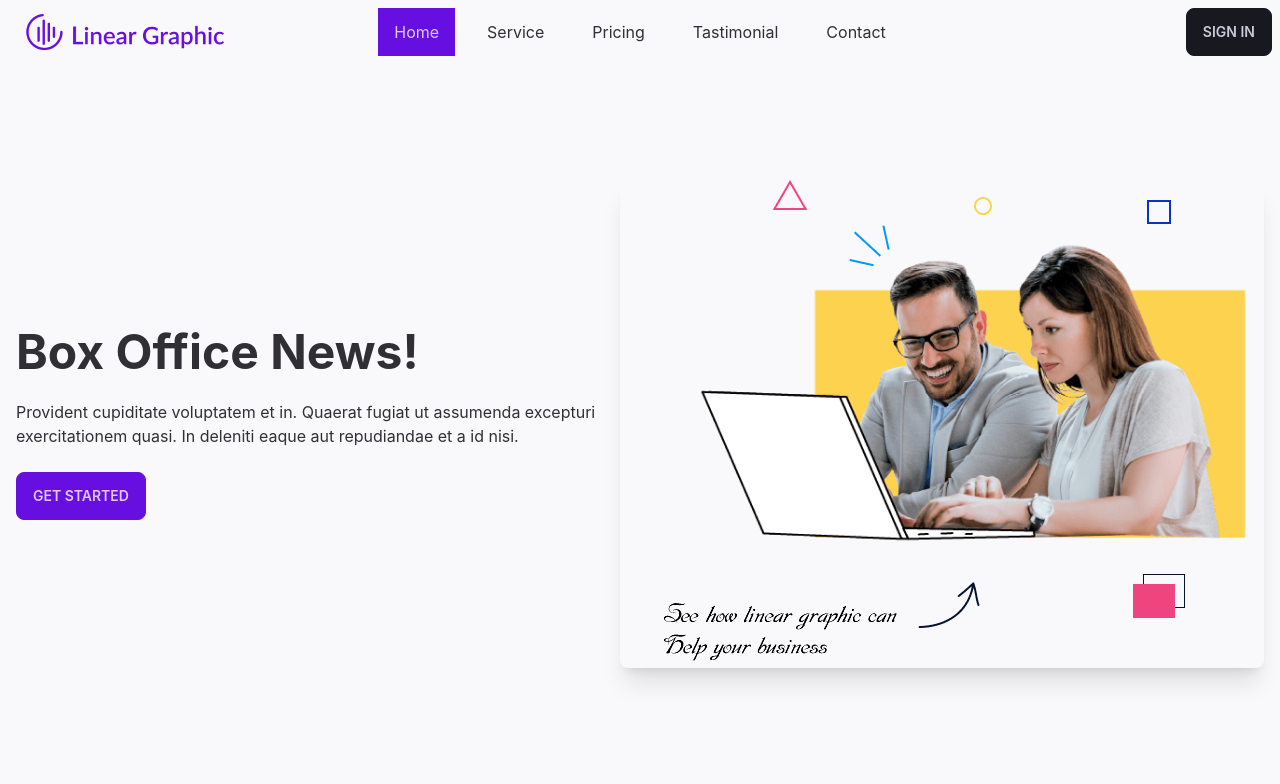
Repository: mdtamizuddin/Linear-Graphic
Page: /
The author's editor kept a copy of each file at every save. The page is drawn from the files as they stood at one save, then again after the next save.
The browser window is 1280 px wide. The pictures show the whole page.
The project was rebuilt for these pictures with package versions that can differ from the ones it lists, and the page was loaded fresh each time. Also part of the build but not shown: src/Components/User/Social.js, src/Components/User/Login.js, src/Components/User/Signup.js.

Above is the page before, as saved 2022-05-28 02:57:54.

After the next save:
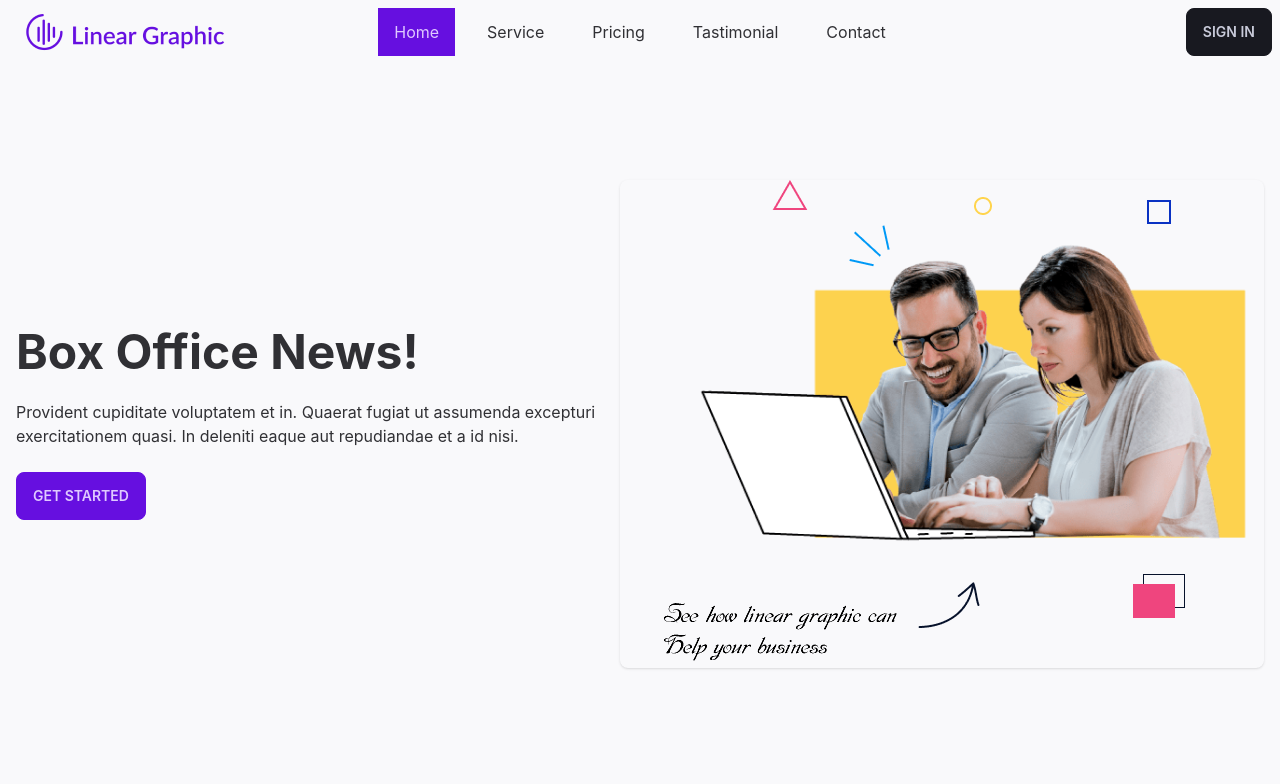
Saved 6 s later.
--- a/src/Components/Home/Header.js
+++ b/src/Components/Home/Header.js
@@ -5,7 +5,7 @@ const Header = () => {
         <div>
             <div className="hero min-h-screen bg-base-100">
                 <div className="hero-content flex-col lg:flex-row-reverse">
-                    <img src={heroimg} className="max-w-lgm rounded-lg shadow-xl" />
+                    <img src={heroimg} className="max-w-lgm rounded-lg shadow" />
                     <div>
                         <h1 className="text-5xl font-bold">Box Office News!</h1>
                         <p className="py-6">Provident cupiditate voluptatem et in. Quaerat fugiat ut assumenda excepturi exercitationem quasi. In deleniti eaque aut repudiandae et a id nisi.</p>
